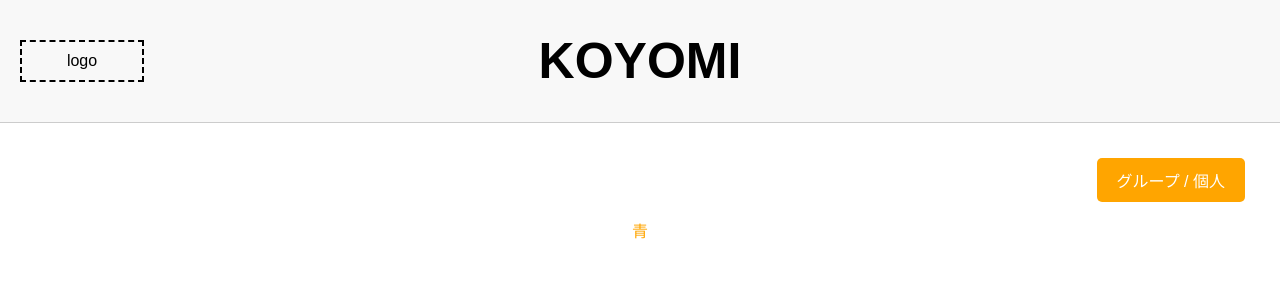
Repository: teramu0602/koyomi
Page: http://localhost/grouplist
These files come from the project's save history. The page is drawn as it stood at one moment and after the next save; the edit follows.
The browser window is 1280 px wide. The pictures show the whole page.
Some web fonts or font styles are not loaded; a fallback is used. The page is served by the project's Laravel application, run on PHP 8.4 with Laravel 9. Other server files are loaded and not shown. Style sheets and scripts are compiled from the project's sources, by tool versions that may differ from the author's.

Above is the page before, as saved 2025-02-22 10:01:55.

### routes/web.php
<?php

use Illuminate\Support\Facades\Route;
use App\Http\Controllers\CalendarController;
use App\Http\Controllers\PostController;
use App\Http\Controllers\Auth\LoginController;



/*
|--------------------------------------------------------------------------
| Web Routes
|--------------------------------------------------------------------------
|
| Here is where you can register web routes for your application. These
| routes are loaded by the RouteServiceProvider within a group which
| contains the "web" middleware group. Now create something great!
|
*/

Route::get('/', function () {
    return view('welcome');
});

Route::get('/admin', function () {
    return view('layouts/admin');
});

Route::get('/admin/home', function () {
    return view('calender/home');
});

Route::get('/custom-login', [LoginController::class, 'showLoginForm'])->name('custom.login');
Route::post('/custom-login', [LoginController::class, 'login'])->name('custom.login.submit');
Route::get('/custom-login', function () {
    return view('admin/login');
});

Route::get('/signup', function () {
    return view('admin/signup');
});
Auth::routes();

Route::get('/home', [App\Http\Controllers\HomeController::class, 'index'])->name('home');



Route::get('/calendar', function () {
    return view('calender/calendar');
})->name('calendar');

Route::get('/calendar/{year}/{month}', [CalendarController::class, 'show'])->name('calendar.show');
Route::get('/admin/home/{year}/{month}', [CalendarController::class, 'showAdmin'])->name('calendar.admin.show');

Route::get('/admin/home', [CalendarController::class, 'index']);

Route::get('/grouplist', function () {
    return view('admin/group_list');
});

### resources/views/admin/group_list.blade.php
@extends('layouts.admin_calender')
<head>
<link href="{{ asset('css/common.admin.css') }}" rel="stylesheet">
</head>

@section('content')
<div class = "container">
<button class="switch_button" onclick="toggleMode()">グループ / 個人</button>
</div>
<p class = "purple">青</p>
@endsection

### resources/views/layouts/admin_calender.blade.php
<!DOCTYPE html>
<html lang="{{ app()->getLocale() }}">
    <head>
        <meta charset="utf-8">
        <meta http-equiv="X-UA-Compatible" content="IE=edge">
        <meta name="viewport" content="width=device-width, initial-scale=1">
        <meta name="csrf-token" content="{{ csrf_token() }}">

        <title>@yield('title')</title>

        <script src="{{ asset('js/app.js') }}" defer></script>

        <link rel="dns-prefetch" href="https://fonts.gstatic.com">
        <link href="https://fonts.googleapis.com/css?family=Raleway:300,400,600" rel="stylesheet" type="text/css">

        <link href="{{ asset('css/admin.css') }}" rel="stylesheet">


    </head>

   <header>
        <div class="logo">logo</div>
        <h1 class="service-name">KOYOMI</h1>
        @yield('drop_menu')
    </header>

    <main>
    @yield('content')
    </main>
    <body>
    </body>

</html>

### public/css/common.admin.css
html, body {
    width: 100%;
    margin: 0; /* 不要なマージンを削除 */
    padding: 0; /* 不要なパディングを削除 */
}

.container {
    width: 100%;
    display: flex !important;
    justify-content: flex-end !important;
}

button {
    background-color: orange !important;
    color: red;
    border: none;
    border-radius: 5px;
    cursor: pointer;
    margin: 0!important;
    margin-top: 35px!important;
    margin-right: 35px!important;
    font-size: 16px;

    display: flex !important;
    justify-content: flex-end !important;
  }




.purple {
    color: orange;
}

.switch_button{
    display: flex ;
    justify-content: flex-end ;


}

### resources/sass/admin.scss
@charset "UTF-8";
body {
  font-family: Arial, sans-serif;
  text-align: center;
  margin: 0;
  padding: 0;
}

header {
  display: flex;
  justify-content: center;
  align-items: center;
  width: 100%;

  padding: 40px 0px 40px 0px;
  background-color: #f8f8f8;
  border-bottom: 1px solid #ccc;
}

.logo {
  border: 2px dashed black;
  padding: 10px;
  width: 100px;
  text-align: center;
  margin-right: auto;
  margin-left: 20px;
}

.service-name {
  font-size: 50px;
  position: absolute; /* ページ全体に対して中央配置 */
  left: 50%;
  transform: translateX(-50%); /* 画面の中央に配置 */
  text-align: center; /* 中央揃え */
}

main {
  margin-top: 0px;
  background: linear-gradient(to bottom, orange 0%, white 0%);
}

h2 {
  font-size: 22px;
  margin-bottom: 50px;
}

form {
  display: flex;
  flex-direction: column;
  align-items: center;
  gap: 10px;
}

label {
  font-weight: bold;
}

input {
  width: 300px;
  padding: 8px;
  border: 1px solid #ccc;
  border-radius: 4px;
}

button {
  background-color: #666;
  color: white;
  padding: 10px 20px;
  border: none;
  border-radius: 5px;
  cursor: pointer;
  margin-top: 35px;
  font-size: 16px;
}

button:hover {
  background-color: #444;
}

.login-link {
  margin-top: 40px;
  font-size: 14px;
  color: #555;
}

.checkbox {
  margin: 30px;
  display: flex; /* 横並びにする */
  align-items: center;
  margin-right: 170px;
}

.checkbox input[type=checkbox] {
  margin-right: 10px; /* チェックボックスとテキストの間隔 */
}

.remember {
  font-size: 14px;
}

input#remember {
  width: 10px; /* 幅を300pxに設定 */
  height: 20px; /* 高さを13pxに設定 */
}

.checkbox label {
  font-weight: normal;
}

table {
  width: 100%;
  border-collapse: collapse;
}

td {
  border: 1px solid grey;
  text-align: left; /* 左揃え */
  vertical-align: top; /* 上揃え */

  padding: 0px 0px 150px 0px;

}

th {
  background: white;
  text-align: center;
  padding: 10px;
}

.sunday {
  background: pink;
  color: red;
}

.red {
  color: red;
}

.saturday {
  background: pink;
  color: blue;
}

.blue{
  color: blue;
}

.next-month {
  background: #ccc;
  color: #666;
}

.month_toggle {
  text-decoration: none;
  color: black;
}

.nav-item {
  list-style: none;
  margin-right: 20px;
}

.pink {
  color: pink;
  background-color: purple;
}
.prev-month, .next-month {
  background: #ccc;
  color: #666;
}

.switch {
  background-color: orange;
  padding: 0px 0px 35px 0px;
  font-size: 20px;
}

.who {
  background-color: palegoldenrod;
  font-size: 20px;
  margin-right: 400px;
}

.switch_button{
  margin-left: 400px;
}

table {
  width: 80%; /* テーブルの幅を90%に設定 */
  margin-left: auto; /* 左側の空白 */
  margin-right: auto; /* 右側の空白 */
  margin-bottom: 50px;
}

Loaded but not shown: app/Http/Controllers/Auth/ConfirmPasswordController.php (common file); app/Http/Controllers/Controller.php (common file)

After the next save:
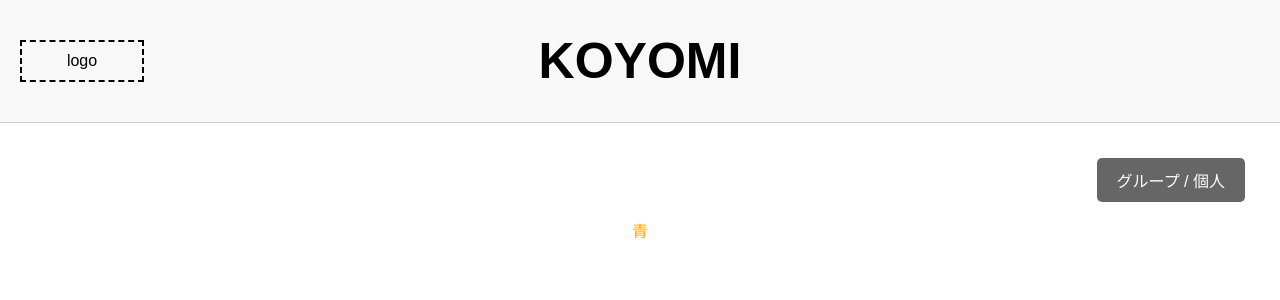
Saved 20 s later.
--- a/public/css/common.admin.css
+++ b/public/css/common.admin.css
@@ -11,8 +11,7 @@ html, body {
 }
 
 button {
-    background-color: orange !important;
-    color: red;
+
     border: none;
     border-radius: 5px;
     cursor: pointer;
